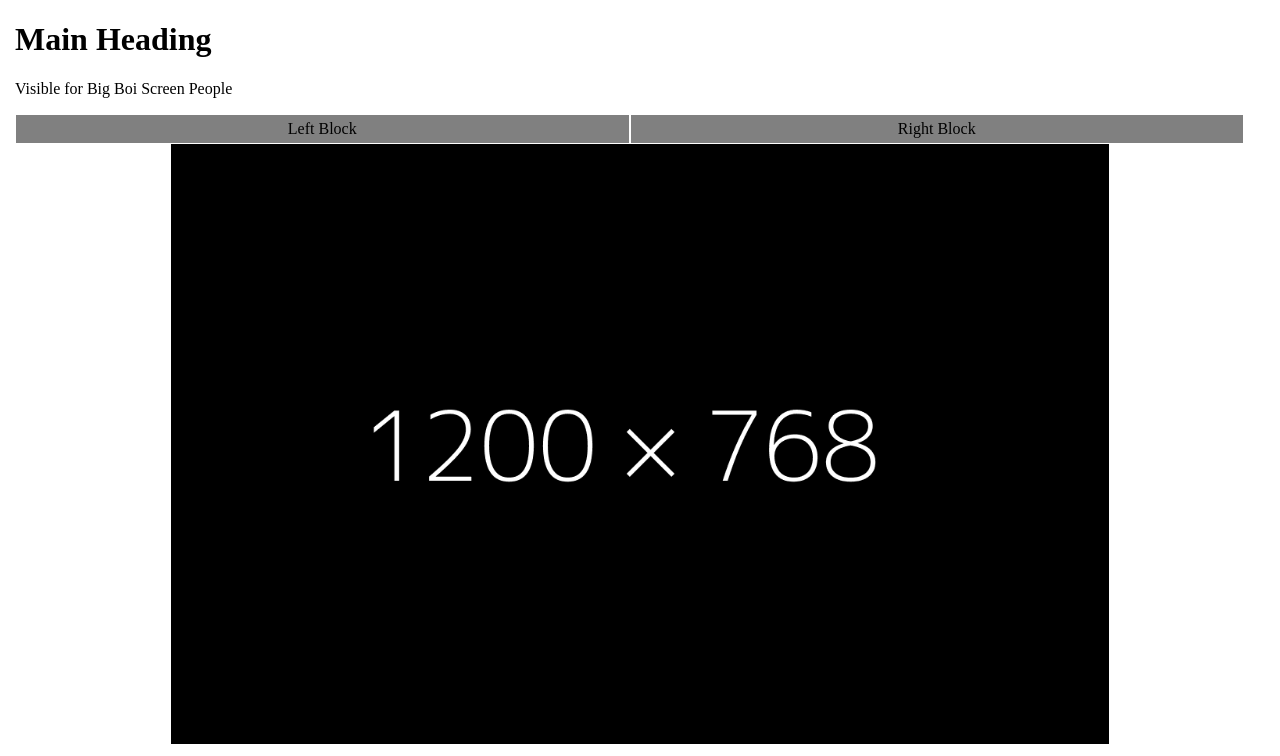
Repository: Stefan-Kosker/mobile-first-example
Page: index.html
The author's editor kept a copy of each file at every save. The page is drawn from the files as they stood at one save, then again after the next save.
The browser window is 1280 px wide. The pictures show the whole page.

Above is the page before, as saved 2019-11-20 07:47:52.

After the next save:
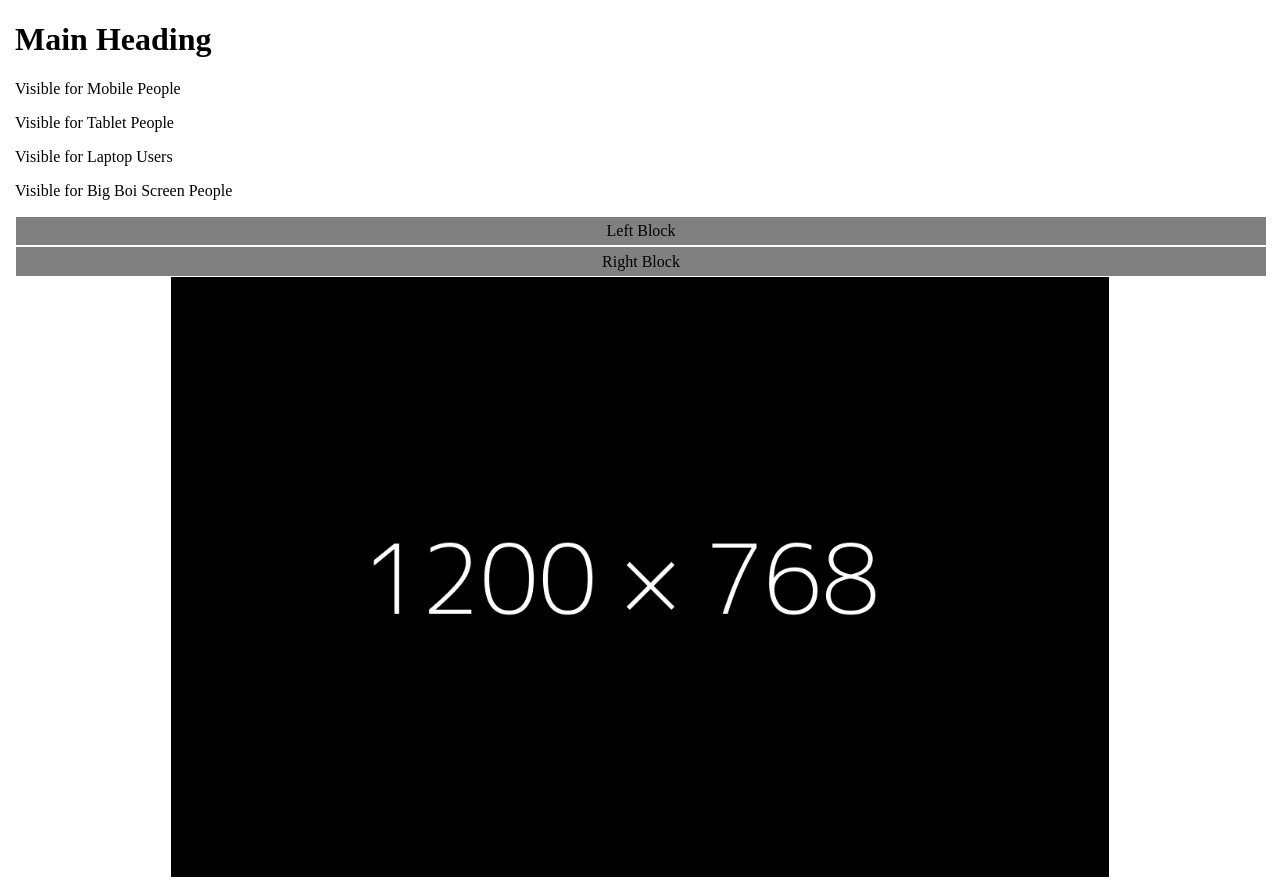
Saved 4 s later.
--- a/main.css
+++ b/main.css
@@ -36,48 +36,3 @@ picture img {
     text-align: center;
     padding: .33rem 0;
 }
-
-@media only screen and (min-width: 768px) {
-    .small {
-        display: none;
-    }
-    .medium {
-        display: block;
-    }
-    h1 {
-        color: red;
-    }
-
-    .block {
-        width: 49%;
-        float: left;
-        display: block;
-    }
-}
-
-@media only screen and (min-width: 1024px) {
-    .small,
-    .medium {
-        display: none;
-    }
-    .large {
-        display: block;
-    }
-    h1 {
-        color: gray;
-    }
-}
-
-@media only screen and (min-width:1200px) {
-    .small,
-    .medium,
-    .large {
-        display: none;
-    }
-    .extra-large {
-        display: block;
-    }
-    h1{
-        color: black;
-    }
-}
